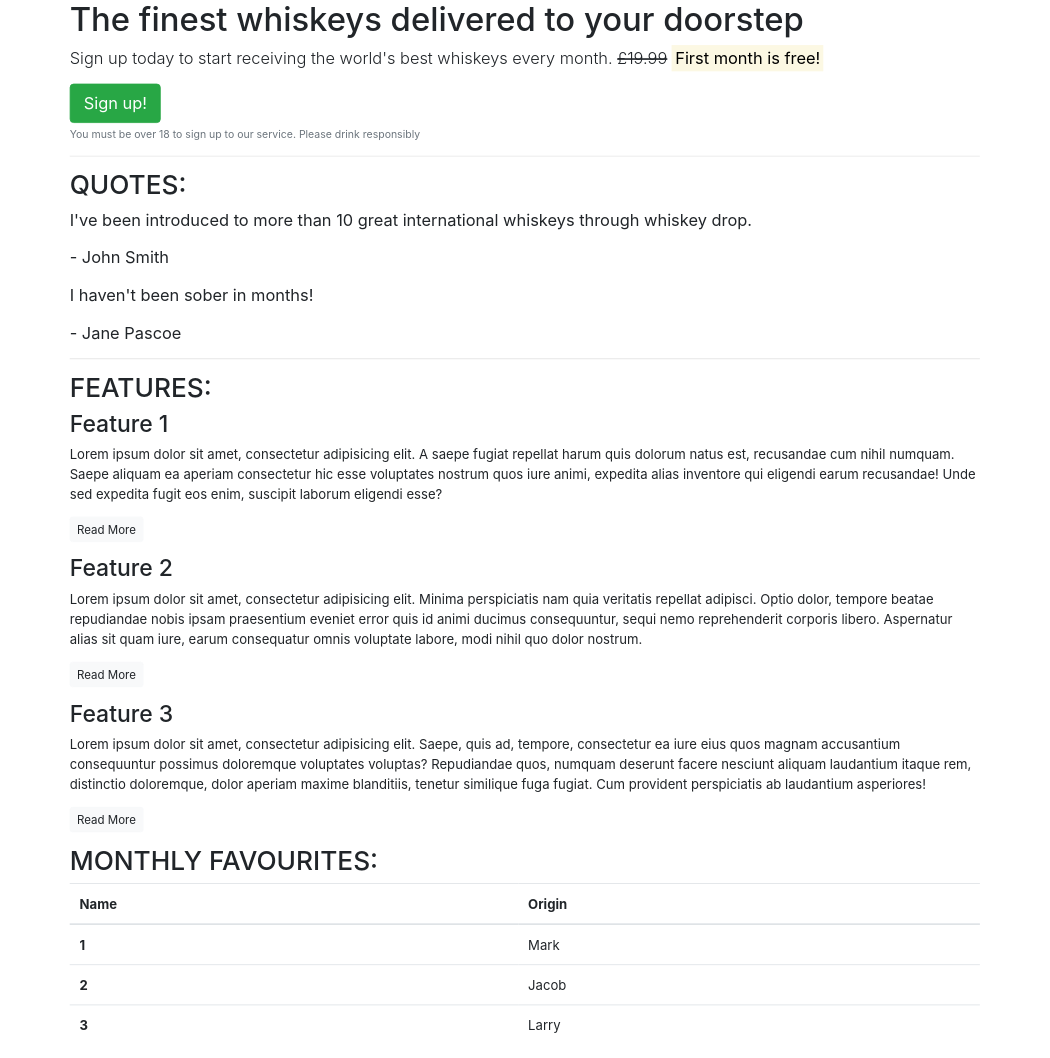
Repository: LouWills/WhiskeyDrop-bootstrap
Page: index.html
The author's editor kept a record of every edit. The page is drawn from the files as they stood at one moment, then again after the next edit.
The browser window is 1280 px wide. The pictures show the whole page, at 82% of full size.

Above is the page before.
Console error: TypeError: Cannot read properties of undefined (reading 'fn')

After the next edit:
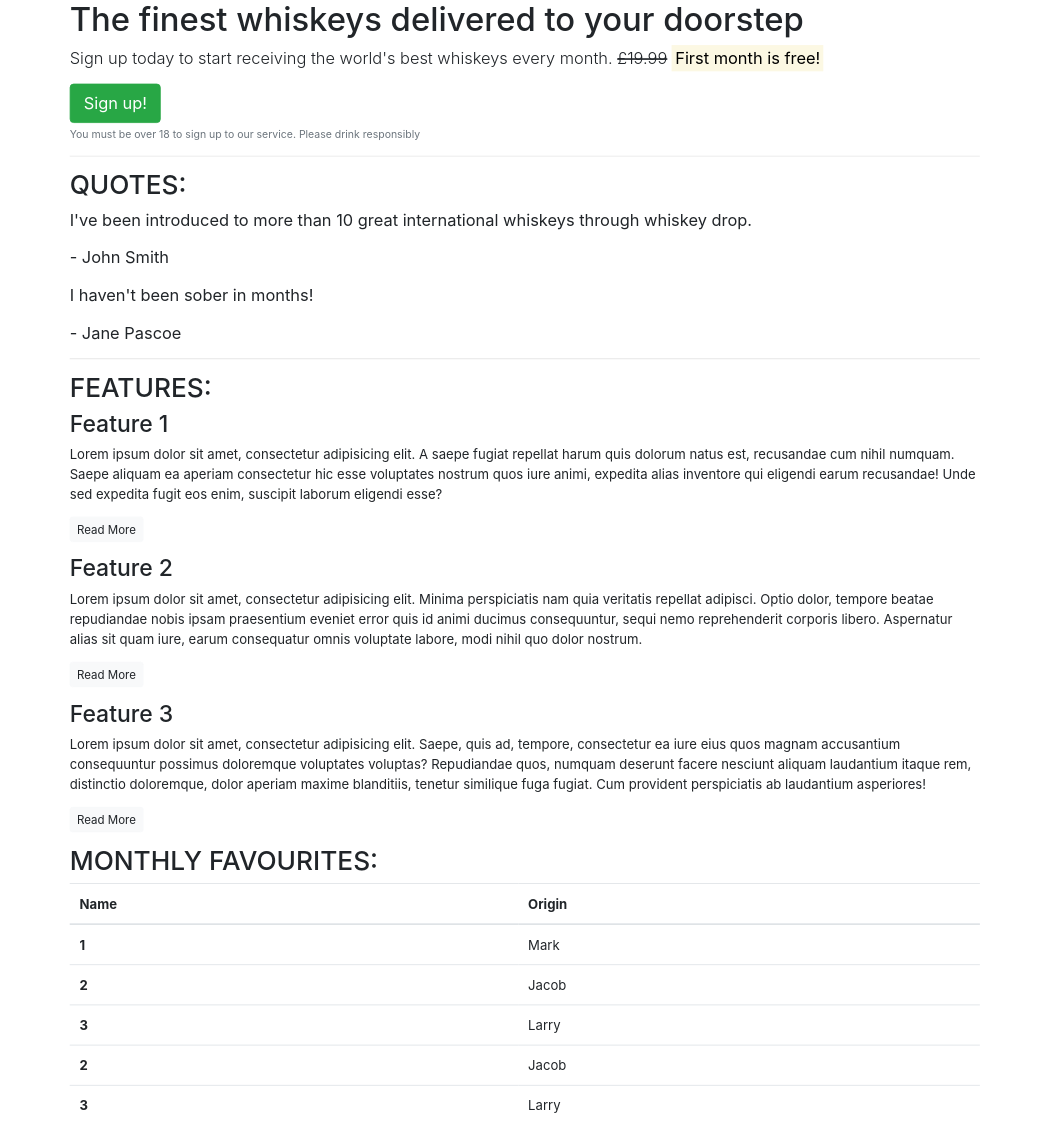
The edit:
--- a/index.html
+++ b/index.html
@@ -82,6 +82,14 @@
                       <th scope="row">3</th>
                       <td>Larry</td>
                     </tr>
+                     <tr>
+                      <th scope="row">2</th>
+                      <td>Jacob</td>
+                    </tr>
+                    <tr>
+                      <th scope="row">3</th>
+                      <td>Larry</td>
+                    </tr>
                 </tbody>
             </table>
         </section>
